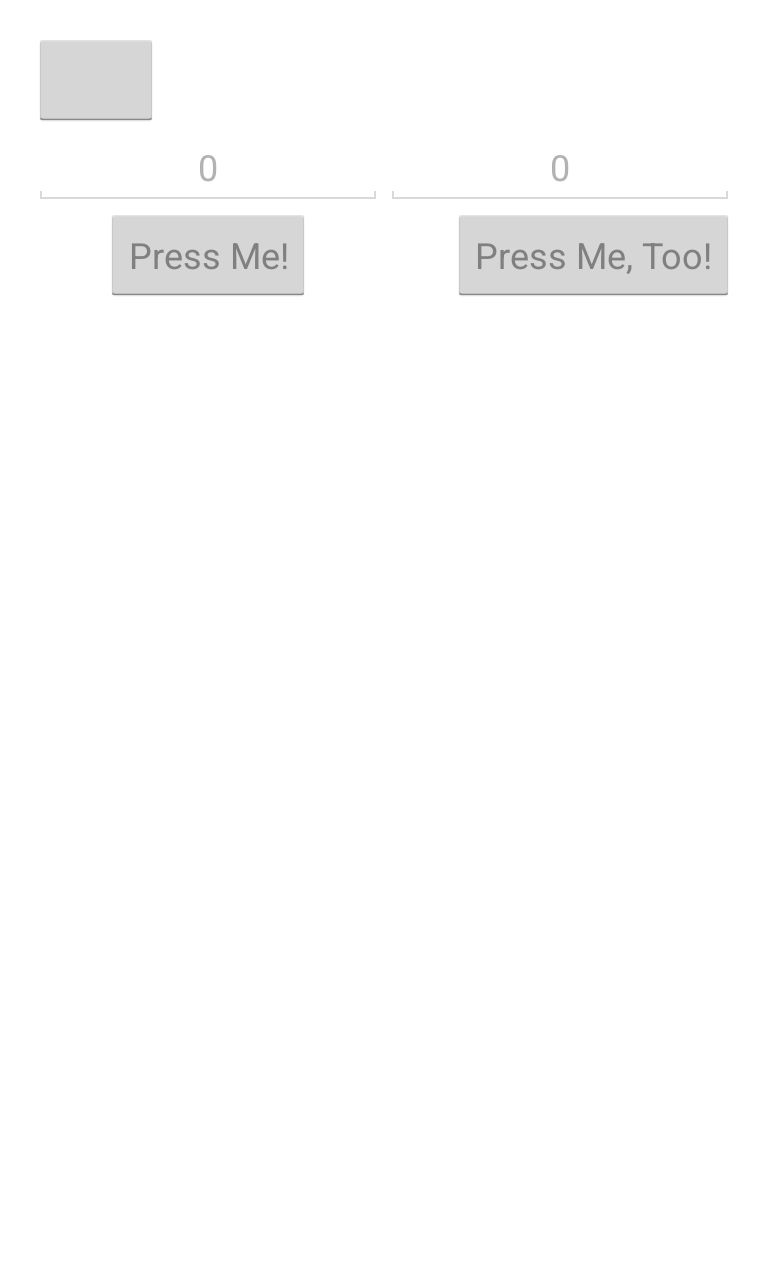
Repository: radupoenaru1992/Model
Layout: PracticalTest01/res/layout/activity_practical_test01_main.xml
An editor plug-in stored every save of this project. The layout is shown before and after the next save, followed by the edit.
It is drawn on a 768 x 1280 px phone screen (xhdpi) without system bars, with theme AppTheme; the app's code is not run.

Above is the layout before, as saved 2015-03-29 21:12:00.

After the next save:
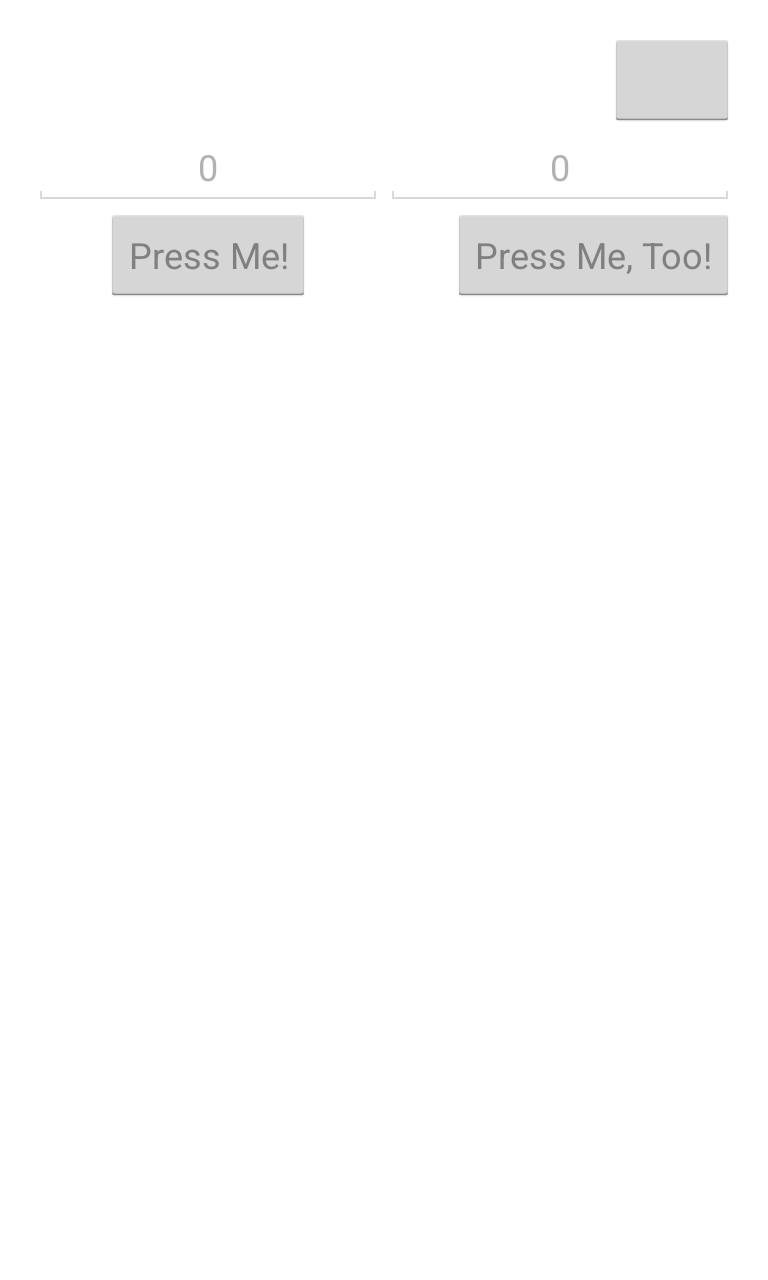
Saved 23 s later.
--- a/PracticalTest01/res/layout/activity_practical_test01_main.xml
+++ b/PracticalTest01/res/layout/activity_practical_test01_main.xml
@@ -12,7 +12,9 @@
     <Button
         android:layout_width="wrap_content"
         android:layout_height="wrap_content"
-        android:gravity="right"/>
+        android:gravity="right"
+        android:layout_gravity="right"
+        />"
 
     <LinearLayout
         android:layout_width="match_parent"
